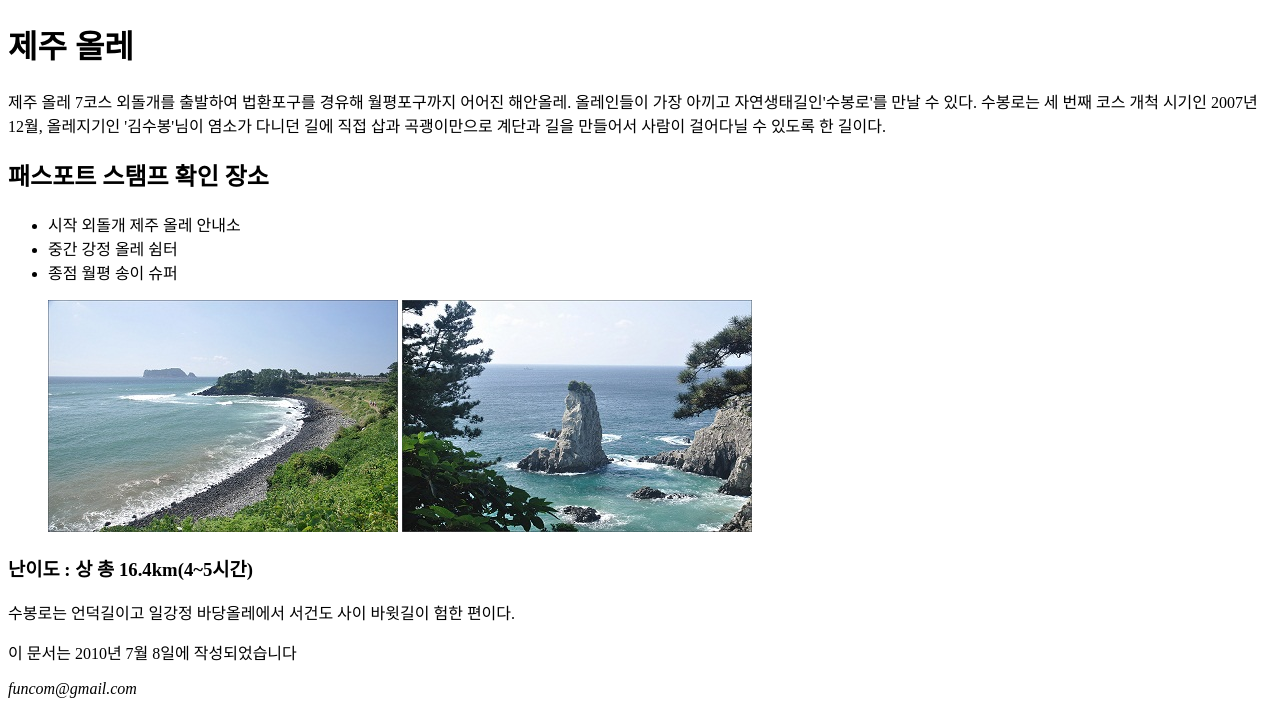
Repository: jinaa11/Kcc_Web
Page: Html/WebContent/sample2.html
These files come from the project's save history. The page is drawn as it stood at one moment and after the next save; the edit follows.
The browser window is 1280 px wide. The pictures show the whole page.

Above is the page before, as saved 2024-07-08 07:20:54.

After the next save:
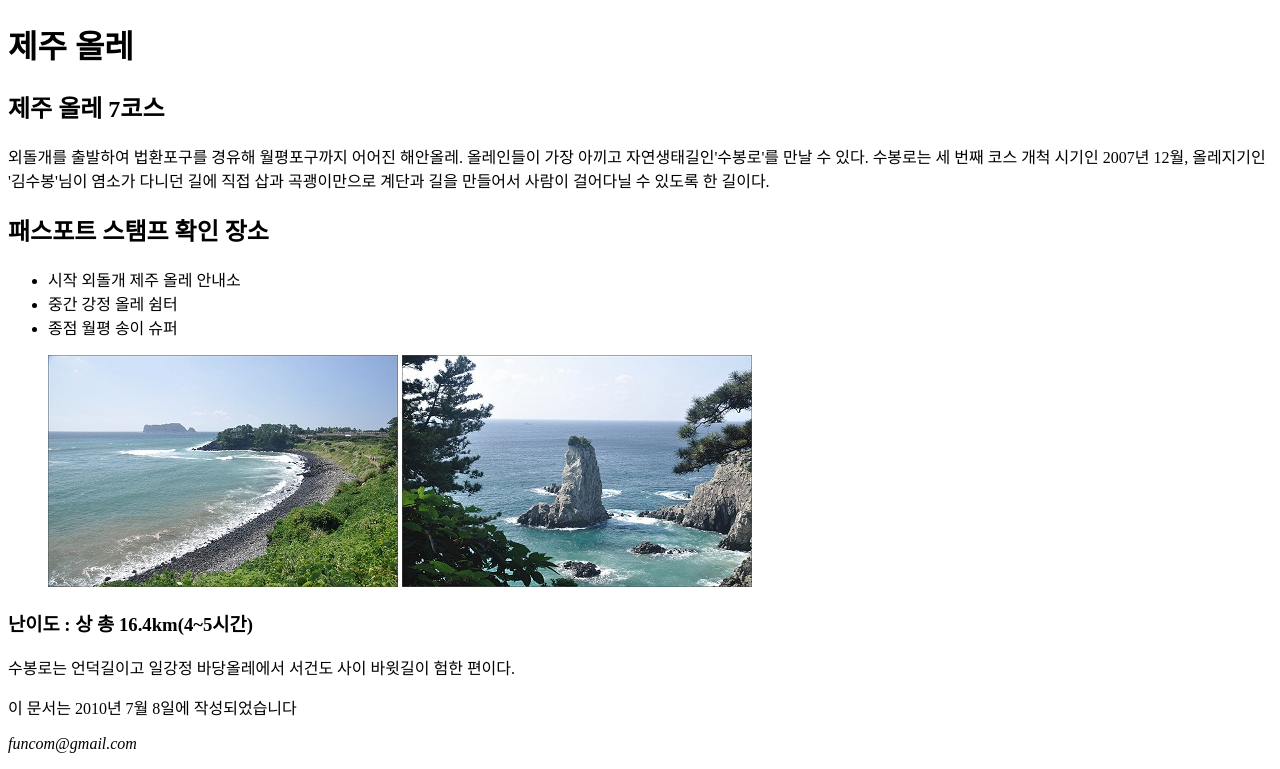
Saved 9 min 52 s later.
--- a/Html/WebContent/sample2.html
+++ b/Html/WebContent/sample2.html
@@ -7,15 +7,18 @@
 <body>
 <header>
 	<h1>제주 올레</h1>
+</header>
+
+<section>
+	<h2>제주 올레 7코스</h2>
 	<p>
-		제주 올레 7코스
-  		외돌개를 출발하여 법환포구를 경유해 월평포구까지 어어진 해안올레.
+		외돌개를 출발하여 법환포구를 경유해 월평포구까지 어어진 해안올레.
   		올레인들이 가장 아끼고 자연생태길인'수봉로'를 만날 수 있다.
   		수봉로는 세 번째 코스 개척 시기인 2007년 12월, 올레지기인 '김수봉'님이 염소가 다니던 길에 직접 삽과 곡괭이만으로 계단과 길을 만들어서 사람이 걸어다닐 수 있도록 한 길이다.
 	</p>
-</header>
+</section>
 
-<section>
+<article>
 	<header>
 		<h2>패스포트 스탬프 확인 장소</h2>
 	</header>
@@ -24,7 +27,7 @@
 		<li>중간  강정 올레 쉼터</li>
 		<li>종점  월평 송이 슈퍼</li>
 	</ul>
-</section>
+</article>
 
 <figure>
 	<figcaption></figcaption>
